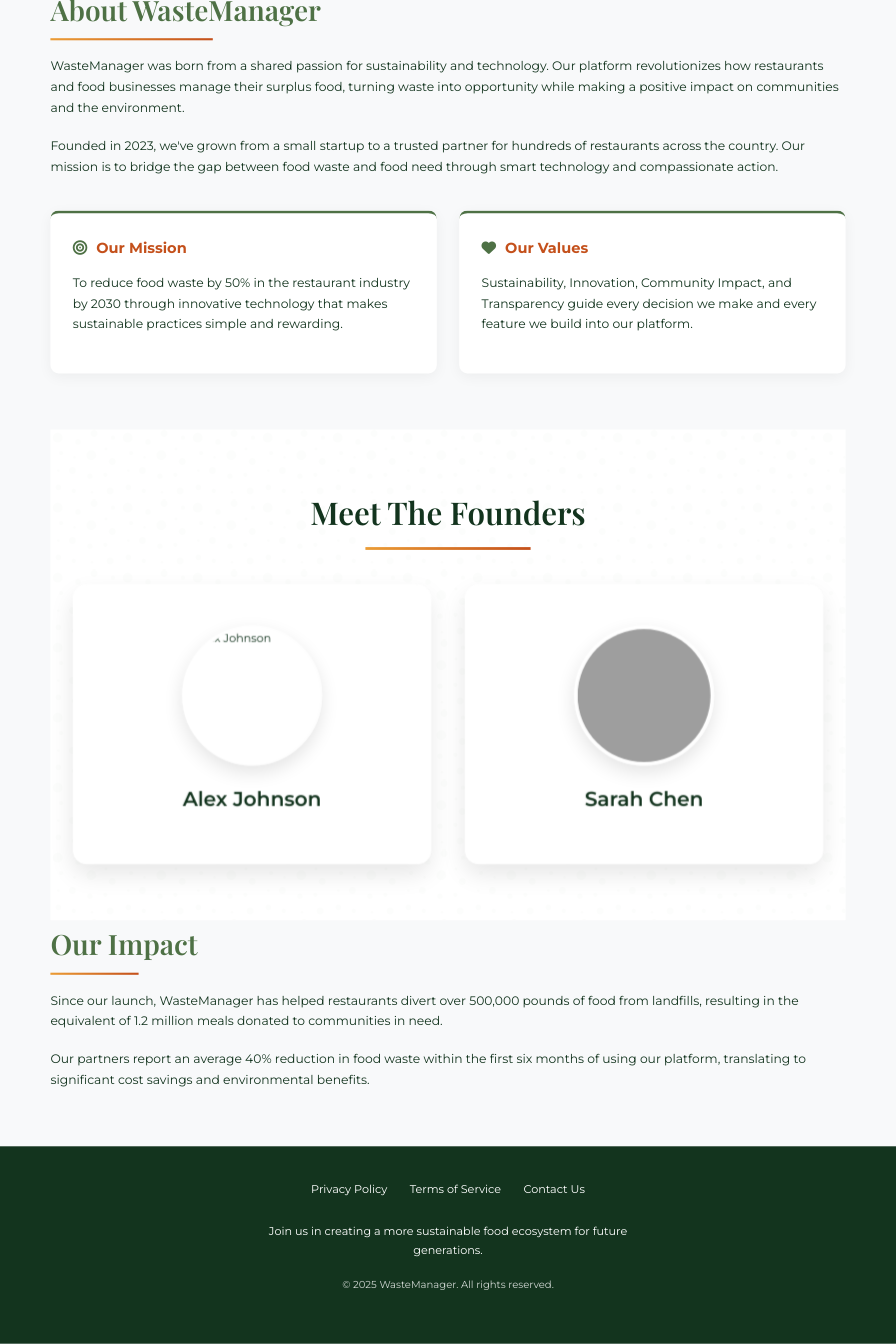
Repository: mahekagrawal25/restaurant-waste-management
Page: frontend/aboutus.html
The author's editor kept a copy of each file at every save. The page is drawn from the files as they stood at one save, then again after a run of saves.
The browser window is 1280 px wide. The pictures show the part of the page from y = 541 to 2461 px (the page is 2461 px tall), at 70% of full size.
Pictures or frames that could not be fetched are drawn as grey boxes.

Above is the page before, as saved 2025-04-25 23:55:27.

### frontend/aboutus.html
<!DOCTYPE html>
<html lang="en">
<head>
  <meta charset="UTF-8">
  <meta name="viewport" content="width=device-width, initial-scale=1.0">
  <title>About Us | WasteManager</title>
  <link href="https://fonts.googleapis.com/css2?family=Montserrat:wght@300;400;500;600;700&family=Playfair+Display:wght@400;500;600&display=swap" rel="stylesheet">
  <link rel="stylesheet" href="https://cdnjs.cloudflare.com/ajax/libs/font-awesome/6.4.0/css/all.min.css">
  <style>
    :root {
      --dark-green: #13341E;
      --fern-green: #4E7145;
      --gamboge: #EB9C35;
      --sinopia: #C4501B;
      --light-bg: #F8F9FA;
      --transition: all 0.4s cubic-bezier(0.16, 1, 0.3, 1);
    }

    * {
      margin: 0;
      padding: 0;
      box-sizing: border-box;
    }

    body {
      font-family: 'Montserrat', sans-serif;
      background-color: var(--light-bg);
      color: var(--dark-green);
      line-height: 1.7;
    }

    header {
      background-color: var(--dark-green);
      color: white;
      padding: 1.5rem 3rem;
      display: flex;
      justify-content: space-between;
      align-items: center;
      box-shadow: 0 4px 12px rgba(19, 52, 30, 0.1);
    }

    .logo {
      font-family: 'Playfair Display', serif;
      font-size: 1.8rem;
      font-weight: 600;
      letter-spacing: 1px;
    }

    nav a {
      color: white;
      text-decoration: none;
      margin-left: 2rem;
      font-weight: 500;
      transition: var(--transition);
      position: relative;
    }

    nav a:hover {
      color: var(--gamboge);
    }

    nav a::after {
      content: '';
      position: absolute;
      width: 0;
      height: 2px;
      bottom: -5px;
      left: 0;
      background-color: var(--gamboge);
      transition: var(--transition);
    }

    nav a:hover::after {
      width: 100%;
    }

    .hero-about {
      background: linear-gradient(135deg, rgba(78, 113, 69, 0.9) 0%, rgba(19, 52, 30, 0.9) 100%),
                  url('https://images.unsplash.com/photo-1606787366850-de6330128bfc') center/cover;
      color: white;
      padding: 6rem 2rem;
      text-align: center;
    }

    .hero-about h1 {
      font-family: 'Playfair Display', serif;
      font-size: 3.5rem;
      margin-bottom: 1.5rem;
      font-weight: 600;
    }

    .hero-about p {
      max-width: 800px;
      margin: 0 auto;
      font-size: 1.2rem;
      opacity: 0.9;
    }

    .about-content {
      max-width: 1200px;
      margin: 5rem auto;
      padding: 0 2rem;
    }

    .about-section {
      margin-bottom: 5rem;
    }

    .about-section h2 {
      font-family: 'Playfair Display', serif;
      font-size: 2.5rem;
      margin-bottom: 2rem;
      color: var(--fern-green);
      position: relative;
      display: inline-block;
    }

    .about-section h2::after {
      content: '';
      position: absolute;
      width: 60%;
      height: 3px;
      bottom: -10px;
      left: 0;
      background: linear-gradient(90deg, var(--gamboge), var(--sinopia));
    }

    .about-section p {
      margin-bottom: 1.5rem;
      font-size: 1.1rem;
    }

    .founders-section {
      background-color: white;
      padding: 5rem 2rem;
      position: relative;
      overflow: hidden;
    }

    .founders-section::before {
      content: '';
      position: absolute;
      top: 0;
      left: 0;
      width: 100%;
      height: 100%;
      background: url("data:[embedded picture, 1230 characters]");
      opacity: 0.3;
      z-index: 0;
    }

    .founders-container {
      max-width: 1200px;
      margin: 0 auto;
      position: relative;
      z-index: 1;
    }

    .founders-header {
      text-align: center;
      margin-bottom: 4rem;
    }

    .founders-header h2 {
      font-family: 'Playfair Display', serif;
      font-size: 2.8rem;
      color: var(--dark-green);
      position: relative;
      display: inline-block;
    }

    .founders-header h2::after {
      content: '';
      position: absolute;
      width: 60%;
      height: 4px;
      bottom: -15px;
      left: 20%;
      background: linear-gradient(90deg, var(--gamboge), var(--sinopia));
    }

    .founders-grid {
      display: grid;
      grid-template-columns: repeat(auto-fit, minmax(300px, 1fr));
      gap: 3rem;
      align-items: center;
    }

    .founder-card {
      position: relative;
      height: 400px;
      perspective: 1000px;
    }

    .founder-inner {
      position: relative;
      width: 100%;
      height: 100%;
      transition: transform 0.8s;
      transform-style: preserve-3d;
    }

    .founder-card:hover .founder-inner {
      transform: rotateY(180deg);
    }

    .founder-front, .founder-back {
      position: absolute;
      width: 100%;
      height: 100%;
      backface-visibility: hidden;
      border-radius: 20px;
      overflow: hidden;
      box-shadow: 0 15px 35px rgba(0,0,0,0.1);
    }

    .founder-front {
      background-color: white;
      display: flex;
      flex-direction: column;
      align-items: center;
      justify-content: center;
      padding: 2rem;
    }

    .founder-photo {
      width: 200px;
      height: 200px;
      border-radius: 50%;
      object-fit: cover;
      border: 5px solid white;
      box-shadow: 0 10px 25px rgba(0,0,0,0.1);
      margin-bottom: 1.5rem;
    }

    .founder-name {
      font-size: 1.8rem;
      color: var(--dark-green);
      font-weight: 600;
      margin-bottom: 0.5rem;
    }

    .founder-back {
      background: linear-gradient(135deg, var(--fern-green) 0%, var(--dark-green) 100%);
      transform: rotateY(180deg);
      display: flex;
      align-items: center;
      justify-content: center;
      padding: 2rem;
    }

    .founder-quote {
      color: white;
      font-size: 1.2rem;
      font-style: italic;
      text-align: center;
      line-height: 1.6;
    }

    .founder-quote::before,
    .founder-quote::after {
      content: '"';
      font-size: 2rem;
      color: var(--gamboge);
      line-height: 0;
    }

    .mission-values {
      display: flex;
      flex-wrap: wrap;
      gap: 2rem;
      margin-top: 3rem;
    }

    .value-card {
      flex: 1 1 300px;
      background: white;
      padding: 2rem;
      border-radius: 12px;
      box-shadow: 0 5px 20px rgba(0, 0, 0, 0.05);
      border-top: 4px solid var(--fern-green);
    }

    .value-card h3 {
      font-size: 1.3rem;
      margin-bottom: 1rem;
      color: var(--sinopia);
      display: flex;
      align-items: center;
      gap: 0.8rem;
    }

    .value-card h3 i {
      color: var(--fern-green);
    }

    footer {
      background-color: var(--dark-green);
      color: white;
      text-align: center;
      padding: 3rem 1rem;
      margin-top: 5rem;
    }

    footer p {
      max-width: 600px;
      margin: 0 auto 1.5rem;
    }

    .footer-links {
      display: flex;
      justify-content: center;
      gap: 2rem;
      margin-bottom: 2rem;
    }

    .footer-links a {
      color: white;
      text-decoration: none;
      transition: var(--transition);
    }

    .footer-links a:hover {
      color: var(--gamboge);
    }

    .copyright {
      font-size: 0.9rem;
      opacity: 0.8;
    }

    @media (max-width: 768px) {
      header {
        flex-direction: column;
        padding: 1.5rem;
      }

      nav {
        margin-top: 1.5rem;
      }

      nav a {
        margin: 0 1rem;
      }

      .hero-about h1 {
        font-size: 2.5rem;
      }

      .hero-about p {
        font-size: 1rem;
      }

      .about-section h2 {
        font-size: 2rem;
      }

      .founders {
        gap: 2rem;
      }
    }
  </style>
</head>
<body>
  <header>
    <div class="logo">WasteManager</div>
    <nav>
      <a href="index.html">Home</a>
      <a href="about.html" class="active">About</a>
      <a href="features.html">Features</a>
      <a href="contact.html">Contact</a>
    </nav>
  </header>

  <section class="hero-about">
    <h1>Our Story</h1>
    <p>Transforming food waste management through innovation and sustainability</p>
  </section>

  <div class="about-content">
    <section class="about-section">
      <h2>About WasteManager</h2>
      <p>WasteManager was born from a shared passion for sustainability and technology. Our platform revolutionizes how restaurants and food businesses manage their surplus food, turning waste into opportunity while making a positive impact on communities and the environment.</p>
      <p>Founded in 2023, we've grown from a small startup to a trusted partner for hundreds of restaurants across the country. Our mission is to bridge the gap between food waste and food need through smart technology and compassionate action.</p>

      <div class="mission-values">
        <div class="value-card">
          <h3><i class="fas fa-bullseye"></i> Our Mission</h3>
          <p>To reduce food waste by 50% in the restaurant industry by 2030 through innovative technology that makes sustainable practices simple and rewarding.</p>
        </div>
        <div class="value-card">
          <h3><i class="fas fa-heart"></i> Our Values</h3>
          <p>Sustainability, Innovation, Community Impact, and Transparency guide every decision we make and every feature we build into our platform.</p>
        </div>
      </div>
    </section>

    <section class="founders-section" id="founders">
        <div class="founders-container">
          <div class="founders-header">
            <h2>Meet The Founders</h2>
          </div>

          <div class="founders-grid">
            <div class="founder-card">
              <div class="founder-inner">
                <div class="founder-front">
                  <img src="/frontend/" alt="Alex Johnson" class="founder-photo">
                  <h3 class="founder-name">Alex Johnson</h3>
                </div>
                <div class="founder-back">
                  <p class="founder-quote">Innovating for a sustainable future through technology</p>
                </div>
              </div>
            </div>

            <div class="founder-card">
              <div class="founder-inner">
                <div class="founder-front">
                  <img src="https://images.unsplash.com/photo-1573496359142-b8d87734a5a2" alt="Sarah Chen" class="founder-photo">
                  <h3 class="founder-name">Sarah Chen</h3>
                </div>
                <div class="founder-back">
                  <p class="founder-quote">Turning food waste into community opportunities</p>
                </div>
              </div>
            </div>
          </div>
        </div>
      </section>

    <section class="about-section">
      <h2>Our Impact</h2>
      <p>Since our launch, WasteManager has helped restaurants divert over 500,000 pounds of food from landfills, resulting in the equivalent of 1.2 million meals donated to communities in need.</p>
      <p>Our partners report an average 40% reduction in food waste within the first six months of using our platform, translating to significant cost savings and environmental benefits.</p>
    </section>
  </div>

  <footer>
    <div class="footer-links">
      <a href="privacy.html">Privacy Policy</a>
      <a href="terms.html">Terms of Service</a>
      <a href="contact.html">Contact Us</a>
    </div>
    <p>Join us in creating a more sustainable food ecosystem for future generations.</p>
    <p class="copyright">&copy; 2025 WasteManager. All rights reserved.</p>
  </footer>
</body>
</html>

### frontend/index.html
<!DOCTYPE html>
<html lang="en">
  <head>
    <meta charset="UTF-8" />
    <meta name="viewport" content="width=device-width, initial-scale=1.0" />
    <title>Restaurant Waste Management</title>
    <script src="https://cdn.tailwindcss.com"></script>
    <script>
      tailwind.config = {
        theme: {
          extend: {
            colors: {
              forest: "#2F4A2C",
              sage: "#788E7D",
              cream: "#F7F0DC",
              terracotta: "#9E5C30",
              brightorange: "#F5971D"
            },
            fontFamily: {
              cambria: ["Cambria", "Georgia", "serif"],
            },
          },
        },
      };
    </script>
  </head>
  <body class="bg-cream min-h-screen flex flex-col">

    <!-- Navbar -->
   <!-- Navbar -->
<nav class="bg-forest px-10 py-5 flex justify-between items-center shadow-md">
  <!-- Title -->
  <div class="text-3xl font-bold text-cream font-cambria">
    WasteRo
  </div>

  <!-- Navigation Links -->
  <div class="flex space-x-8 text-cream font-medium text-lg">
    <a href="#" class="hover:text-brightorange transition">About Us</a>
    <a href="#" class="hover:text-brightorange transition">Workplaces</a>
    <a href="#" class="hover:text-brightorange transition">Facilities</a>
    <a href="#" class="hover:text-brightorange transition">Contact</a>
  </div>
</nav>


    <!-- Login Page -->
    <div
      id="loginPage"
      class="flex items-center justify-center flex-grow bg-cover bg-center"
      style="background-image: url('./images/restro6.jpg')"
    >
      <div class="bg-cream p-10 rounded-lg shadow-xl w-96 border border-sage backdrop-blur-md bg-opacity-95">

        <h2 class="text-2xl font-bold text-center text-forest mb-6 font-cambria">Login</h2>

        <form id="loginForm">
          <label class="block mb-2 font-medium text-forest">Email</label>
          <input
            type="email"
            id="email"
            class="w-full px-4 py-3 border border-sage rounded-lg focus:outline-none focus:ring-2 focus:ring-brightorange mb-4"
            placeholder="Enter email"
            required
          />

          <label class="block mb-2 font-medium text-forest">Password</label>
          <input
            type="password"
            id="password"
            class="w-full px-4 py-3 border border-sage rounded-lg focus:outline-none focus:ring-2 focus:ring-brightorange mb-4"
            placeholder="Enter password"
            required
          />

          <button
            type="submit"
            class="w-full bg-forest text-cream py-3 rounded-lg hover:bg-terracotta transition font-semibold"
          >
            Login
          </button>

          <p id="message" class="mt-3 text-center text-sm text-red-500"></p>
        </form>

        <p class="mt-6 text-center text-sage text-sm">
          Don't have an account? <br />
          <a href="signup.html" class="text-terracotta font-medium hover:underline">Sign Up</a>
        </p>
      </div>
    </div>

    <script src="script.js"></script>
  </body>
</html>

After the next 2 saves:
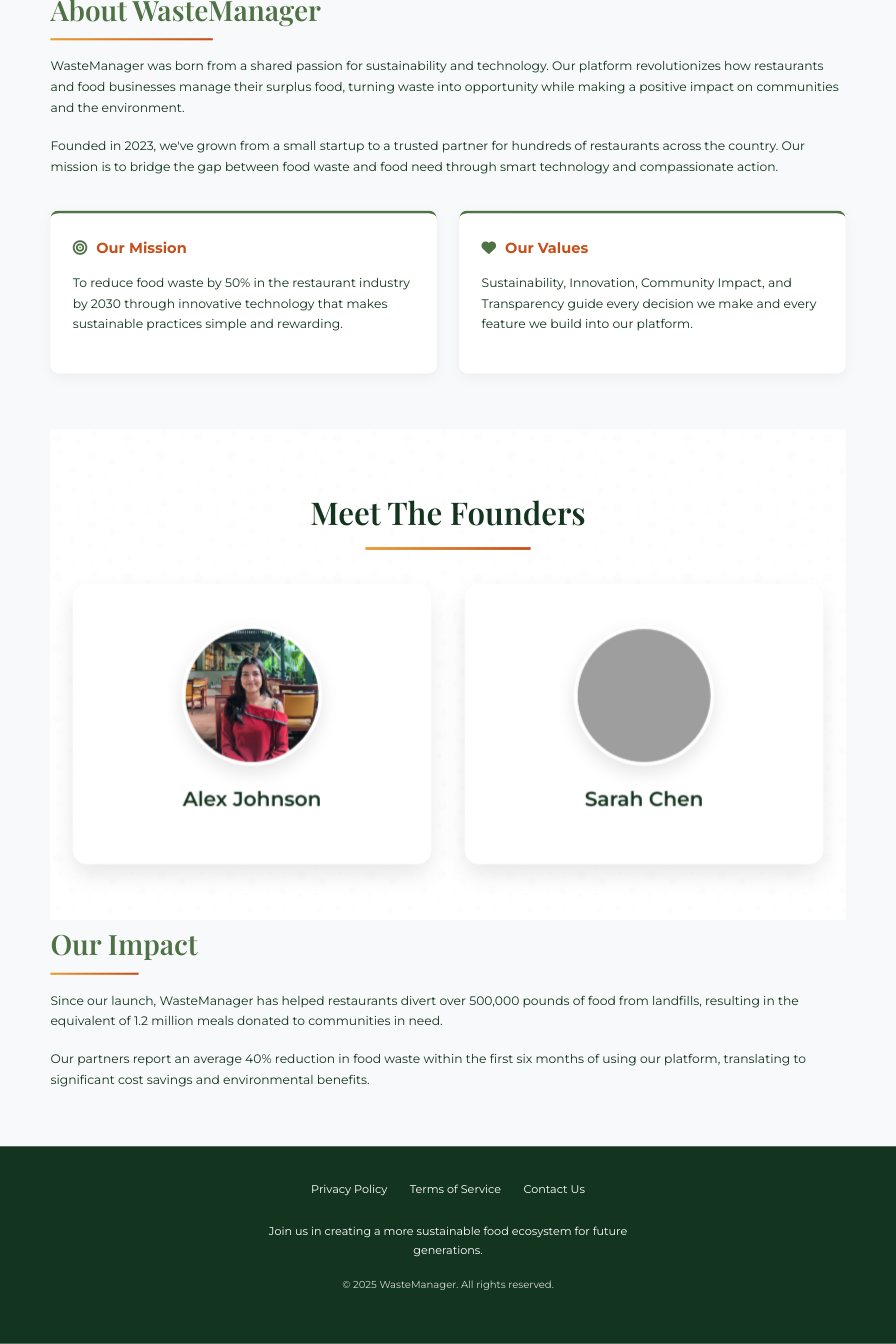
The 2 saves are shown as one change because they came seconds apart.
The last was saved 5 s later.
--- a/frontend/aboutus.html
+++ b/frontend/aboutus.html
@@ -405,7 +405,7 @@
             <div class="founder-card">
               <div class="founder-inner">
                 <div class="founder-front">
-                  <img src="/frontend/" alt="Alex Johnson" class="founder-photo">
+                  <img src="/frontend/images/Mahek.jpg" alt="Alex Johnson" class="founder-photo">
                   <h3 class="founder-name">Alex Johnson</h3>
                 </div>
                 <div class="founder-back">
